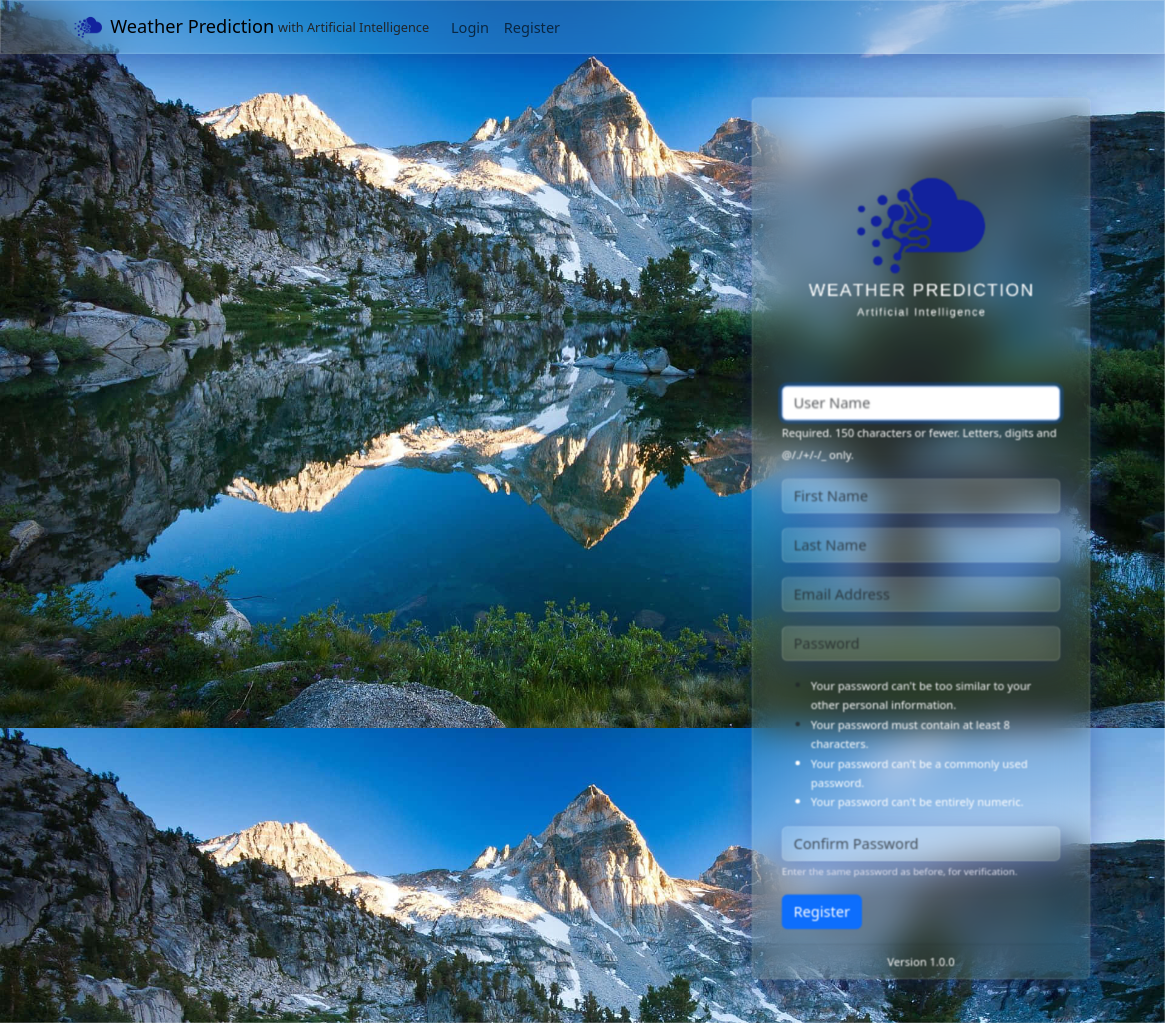
Repository: rustycoder/weather_prediction
Page: http://localhost/weather_admin/register
An editor plug-in stored every save of this project. The page is shown before and after the next save, followed by the edit.
The browser window is 1280 px wide. The pictures show the whole page, at 91% of full size.
Backgrounds fixed to the window are drawn as part of the page. The page is served by the project's application, run on Django 5.2 (manage.py). Other server files are loaded and not shown.

Above is the page before, as saved 2025-03-03 19:58:12.

### weather_admin/templates/register.html
{% extends 'base.html' %}
{% load static %}
{% block content %}
<div class="col-md-4 offset-md-8">
    <div class="card my-5 glass">
        <div class="card-body">
            <div class="col-md-12 px-3">
                <img src="{% static 'images/logo_full_white.png' %}" class="rounded mx-auto d-block" width="300"
                    alt="Weather Prediction Logo">

                <form method="POST" action="">
                    {% csrf_token %}
                    {% if form.errors %}
                    <div class="alert alert-warning alert-dismissible fade show" role="alert">
                        Your Form Has Errors
                        {% for field in form %}
                        {% if field.errors %}
                        {{ field.errors }}
                        {% endif %}
                        {% endfor %}
                        <button type="button" class="btn-close" data-bs-dismiss="alert" aria-label="Close"></button>
                    </div>
                    {% endif %}

                    {{ form.as_p }}

                    <button type="submit" class="btn btn-primary">Register</button>
                </form>
            </div>
        </div>
        <div class="card-footer text-body-secondary text-center">
            <small class="text-white">Version 1.0.0</small>
        </div>
    </div>
</div>

{% endblock %}

### weather_admin/templates/base.html
<!doctype html>
<html lang="en">

<head>
    <meta charset="utf-8">
    <meta name="viewport" content="width=device-width, initial-scale=1">
    <title>Weather Prediction</title>
    <link href="https://cdn.jsdelivr.net/npm/bootstrap@5.3.3/dist/css/bootstrap.min.css" rel="stylesheet"
        integrity="sha384-QWTKZyjpPEjISv5WaRU9OFeRpok6YctnYmDr5pNlyT2bRjXh0JMhjY6hW+ALEwIH" crossorigin="anonymous">
    {% load static %}
    <link rel="stylesheet" href="{% static 'css/style.css' %}" type="text/css">
    <link rel="icon" href="{% static 'images/logo_fav.ico' %}" type="image/x-icon">
</head>

<body class="beautiful_bg">
    {% include 'navbar.html' %}
    <div class="container">
        {% if messages %}
        {% for message in messages %}
        <div class="alert alert-warning alert-dismissible fade show mt-5" role="alert">
            <strong>Hey!</strong> {{message}}
            <button type="button" class="btn-close" data-bs-dismiss="alert" aria-label="Close"></button>
        </div>
        {% endfor %}
        {% endif %}
        {% block content %}
        {% endblock %}
    </div>
    <script src="https://cdn.jsdelivr.net/npm/bootstrap@5.3.3/dist/js/bootstrap.bundle.min.js"
        integrity="sha384-YvpcrYf0tY3lHB60NNkmXc5s9fDVZLESaAA55NDzOxhy9GkcIdslK1eN7N6jIeHz"
        crossorigin="anonymous"></script>
</body>

</html>

### weather_admin/templates/navbar.html
{% load static %}
<nav class="navbar navbar-expand-lg sticky-top glass">
    <div class="container">
        <a class="navbar-brand me-1" href="{% url 'weather_admin_dashboard' %}">
            <img src="{% static 'images/logo.png' %}" alt="Weather Prediction Logo" height="30"
                class="d-inline-block align-text-top me-1">
            Weather Prediction
        </a>
        <small class="fw-lighter mb-0 me-3 align-bottom">with Artificial Intelligence</small>
        <button class="navbar-toggler" type="button" data-bs-toggle="collapse" data-bs-target="#navbarSupportedContent"
            aria-controls="navbarSupportedContent" aria-expanded="false" aria-label="Toggle navigation">
            <span class="navbar-toggler-icon"></span>
        </button>
        <div class="collapse navbar-collapse" id="navbarSupportedContent">
            {% if user.is_authenticated %}
            <ul class="navbar-nav me-auto mb-2 mb-lg-0">
                <li class="nav-item"><a class="nav-link" href="{% url 'weather_admin_dashboard' %}">Dashboard</a></li>
                <li class="nav-item dropdown">
                    <a class="nav-link dropdown-toggle" href="#" role="button" data-bs-toggle="dropdown"
                        aria-expanded="false">
                        Weather
                    </a>
                    <ul class="dropdown-menu">
                        <li><a class="dropdown-item" href="{% url 'weather_admin_weather_realtime' %}">Realtime</a></li>
                        <li><a class="dropdown-item" href="{% url 'weather_admin_weather_forecast' %}">Forecast</a></li>
                        <li>
                            <hr class="dropdown-divider">
                        </li>
                        <li><a class="dropdown-item" href="{% url 'weather_admin_weather_prediction' %}">Prediction</a>
                        </li>
                    </ul>
                </li>
                <li class="nav-item dropdown">
                    <a class="nav-link dropdown-toggle" href="#" role="button" data-bs-toggle="dropdown"
                        aria-expanded="false">
                        Air Pollution
                    </a>
                    <ul class="dropdown-menu">
                        <li><a class="dropdown-item"
                                href="{% url 'weather_admin_air_pollution_realtime' %}">Realtime</a></li>
                        <li><a class="dropdown-item"
                                href="{% url 'weather_admin_air_pollution_forecast' %}">Forecast</a></li>
                    </ul>
                </li>
                <li class="nav-item"><a class="nav-link" href="{% url 'weather_admin_profile' %}">Profile</a></li>
                <li class="nav-item"><a class="nav-link" href="{% url 'weather_admin_logout' %}">Logout</a></li>
            </ul>
            <form class="d-flex" role="search" method="POST" , action="{% url 'weather_admin_search' %}">
                {% csrf_token %}
                <input class="form-control me-2" type="search" placeholder="City, State" aria-label="Search"
                    name="location">
                <button class="btn btn-outline-success" type="submit">Search</button>
            </form>
            {% else %}
            <ul class="navbar-nav me-auto mb-2 mb-lg-0">
                <li class="nav-item"><a class="nav-link" href="{% url 'weather_admin_login' %}">Login</a></li>
                <li class="nav-item"><a class="nav-link" href="{% url 'weather_admin_register' %}">Register</a></li>
            </ul>
            {% endif %}
        </div>
    </div>
</nav>

### weather_admin/forms.py
from django.contrib.auth.forms import UserCreationForm
from django.contrib.auth.models import User
from weather_admin.models import Profile
from django.forms import ModelForm
from django import forms


class SignUpForm(UserCreationForm):

	email = forms.EmailField(label="", widget=forms.TextInput(attrs={'class':'form-control glass', 'placeholder':'Email Address'}))
	first_name = forms.CharField(label="", max_length=100, widget=forms.TextInput(attrs={'class':'form-control glass', 'placeholder':'First Name'}))
	last_name = forms.CharField(label="", max_length=100, widget=forms.TextInput(attrs={'class':'form-control glass', 'placeholder':'Last Name'}))


	class Meta:
		model = User
		fields = ('username', 'first_name', 'last_name', 'email', 'password1', 'password2')


	def __init__(self, *args, **kwargs):
		super(SignUpForm, self).__init__(*args, **kwargs)

		self.fields['username'].widget.attrs['class'] = 'form-control glass'
		self.fields['username'].widget.attrs['placeholder'] = 'User Name'
		self.fields['username'].label = ''
		self.fields['username'].help_text = '<span class="form-text text-muted"><small class="text-white">Required. 150 characters or fewer. Letters, digits and @/./+/-/_ only.</small></span>'

		self.fields['password1'].widget.attrs['class'] = 'form-control glass'
		self.fields['password1'].widget.attrs['placeholder'] = 'Password'
		self.fields['password1'].label = ''
		self.fields['password1'].help_text = '<ul class="form-text text-muted small"><li><small class="text-white">Your password can\'t be too similar to your other personal information.</small></li><li><small  class="text-white">Your password must contain at least 8 characters.</li><li class="text-white">Your password can\'t be a commonly used password.</li><li class="text-white">Your password can\'t be entirely numeric.</li></ul>'

		self.fields['password2'].widget.attrs['class'] = 'form-control glass'
		self.fields['password2'].widget.attrs['placeholder'] = 'Confirm Password'
		self.fields['password2'].label = ''
		self.fields['password2'].help_text = '<span class="form-text text-muted"><small class="text-white">Enter the same password as before, for verification.</small></span>'

class ProfileForm(ModelForm):

	phone = forms.CharField(label="", min_length=10, max_length=10, widget=forms.TextInput(attrs={'class':'form-control', 'placeholder':'Phone'}), help_text='<span class="form-text text-muted"><small>Phone number should be 10 digit.</small></span>')
	address = forms.CharField(label="", max_length=100, widget=forms.TextInput(attrs={'class':'form-control', 'placeholder':'Address'}))
	city = forms.CharField(label="", max_length=50, widget=forms.TextInput(attrs={'class':'form-control', 'placeholder':'City'}))
	state = forms.CharField(label="", max_length=50, widget=forms.TextInput(attrs={'class':'form-control', 'placeholder':'State'}))
	zipcode = forms.CharField(label="", max_length=10, widget=forms.TextInput(attrs={'class':'form-control', 'placeholder':'Zipcode'}))

	class Meta:
		model = Profile
		fields = ["phone", "address", "city", "state", "zipcode"]

	def __init__(self, *args, **kwargs):
		super(ProfileForm, self).__init__(*args, **kwargs)

	def clean_phone(self):
		phone = self.cleaned_data['phone']
		if not phone.isdigit():
			raise forms.ValidationError("Phone number must be only digits.")
		if len(phone) != 10:
			raise forms.ValidationError("Phone number must be 10 digits.")
		return phone

	def clean_zipcode(self):
		zipcode = self.cleaned_data['zipcode']
		if not zipcode.isdigit():
			raise forms.ValidationError("Zipcode must contain only digits.")
		return zipcode

### weather_prediction/urls.py
"""
URL configuration for weather_prediction project.

The `urlpatterns` list routes URLs to views. For more information please see:
    https://docs.djangoproject.com/en/5.1/topics/http/urls/
Examples:
Function views
    1. Add an import:  from my_app import views
    2. Add a URL to urlpatterns:  path('', views.home, name='home')
Class-based views
    1. Add an import:  from other_app.views import Home
    2. Add a URL to urlpatterns:  path('', Home.as_view(), name='home')
Including another URLconf
    1. Import the include() function: from django.urls import include, path
    2. Add a URL to urlpatterns:  path('blog/', include('blog.urls'))
"""
from django.contrib import admin
from django.urls import path, include

urlpatterns = [
    path('admin/', admin.site.urls),
    path('weather_admin/', include('weather_admin.urls')),
]

### weather_admin/urls.py
from django.urls import path
from . import views

urlpatterns = [
    path('', views.admin_dashboard, name='weather_admin_dashboard'),
    path('search', views.admin_search, name='weather_admin_search'),
    path('login', views.admin_login, name='weather_admin_login'),
    path('register', views.admin_register, name='weather_admin_register'),
    path('logout', views.admin_logout, name='weather_admin_logout'),
    path('forgot_password', views.admin_forgot_password, name='weather_admin_forgot_password'),
    path('reset_password', views.admin_reset_password, name='weather_admin_reset_password'),

    path('profile', views.profile, name='weather_admin_profile'),
    path('update_profile', views.profile_update, name='weather_admin_profile_update'),

    path('weather_realtime', views.weather_realtime, name='weather_admin_weather_realtime'),
    path('weather_forecast', views.weather_forecast, name='weather_admin_weather_forecast'),
    path('weather_prediction', views.weather_prediction, name='weather_admin_weather_prediction'),

    path('air_pollution_realtime', views.air_pollution_realtime, name='weather_admin_air_pollution_realtime'),
    path('air_pollution_forecast', views.air_pollution_forecast, name='weather_admin_air_pollution_forecast'),

]

### weather_admin/static/css/style.css
.bd-callout {
    --bs-link-color-rgb: var(--bd-callout-link);
    --bs-code-color: var(--bd-callout-code-color);
    padding: 1.25rem;
    margin-top: 1.25rem;
    margin-bottom: 1.25rem;
    color: var(--bd-callout-color, inherit);
    background-color: var(--bd-callout-bg, var(--bs-gray-100));
    border-left: 0.25rem solid var(--bd-callout-border, var(--bs-gray-300));
}

.bd-callout-info {
    --bd-callout-color: var(--bs-info-text-emphasis);
    --bd-callout-bg: var(--bs-info-bg-subtle);
    --bd-callout-border: var(--bs-info-border-subtle);
}
.bd-callout {
    --bs-link-color-rgb: var(--bd-callout-link);
    --bs-code-color: var(--bd-callout-code-color);
    padding: 1.25rem;
    margin-top: 1.25rem;
    margin-bottom: 1.25rem;
    color: var(--bd-callout-color, inherit);
    background-color: var(--bd-callout-bg, var(--bs-gray-100));
    border-left: 0.25rem solid var(--bd-callout-border, var(--bs-gray-300));
}

.bd-callout-info {
    --bd-callout-color: var(--bs-info-text-emphasis);
    --bd-callout-bg: var(--bs-info-bg-subtle);
    --bd-callout-border: var(--bs-info-border-subtle);
}
.glass {
    background: rgba( 255, 255, 255, 0.1 );
    box-shadow: 0 8px 32px 0 rgba( 31, 38, 135, 0.37 );
    backdrop-filter: blur( 20px );
    -webkit-backdrop-filter: blur( 20px );
    border: 1px solid rgba( 255, 255, 255, 0.18 );
}

.beautiful_bg {
    background-image: url('../images/beautiful_bg.jpg');
    background-repeat: no-repeat;
    background-attachment: fixed;
    background-size: cover;
}

Loaded but not shown: weather_admin/views.py (285 lines, source omitted)

After the next save:
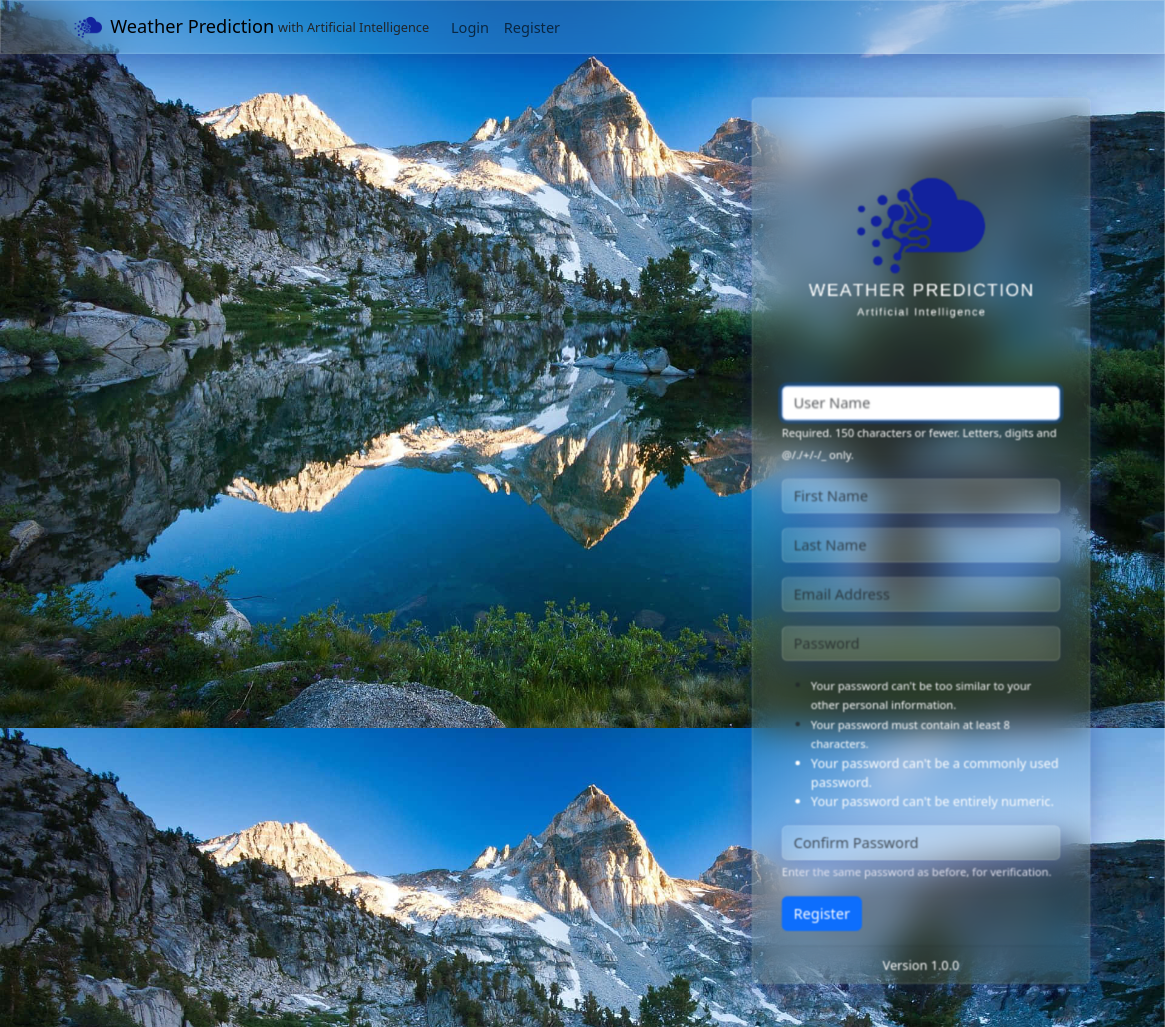
Saved 9 s later.
--- a/weather_admin/forms.py
+++ b/weather_admin/forms.py
@@ -28,7 +28,7 @@
 		self.fields['password1'].widget.attrs['class'] = 'form-control glass'
 		self.fields['password1'].widget.attrs['placeholder'] = 'Password'
 		self.fields['password1'].label = ''
-		self.fields['password1'].help_text = '<ul class="form-text text-muted small"><li><small class="text-white">Your password can\'t be too similar to your other personal information.</small></li><li><small  class="text-white">Your password must contain at least 8 characters.</li><li class="text-white">Your password can\'t be a commonly used password.</li><li class="text-white">Your password can\'t be entirely numeric.</li></ul>'
+		self.fields['password1'].help_text = '<ul class="form-text text-muted small"><li><small class="text-white">Your password can\'t be too similar to your other personal information.</small></li><li><small class="text-white">Your password must contain at least 8 characters.</small></li><li class="text-white">Your password can\'t be a commonly used password.</li><li class="text-white">Your password can\'t be entirely numeric.</li></ul>'
 
 		self.fields['password2'].widget.attrs['class'] = 'form-control glass'
 		self.fields['password2'].widget.attrs['placeholder'] = 'Confirm Password'
